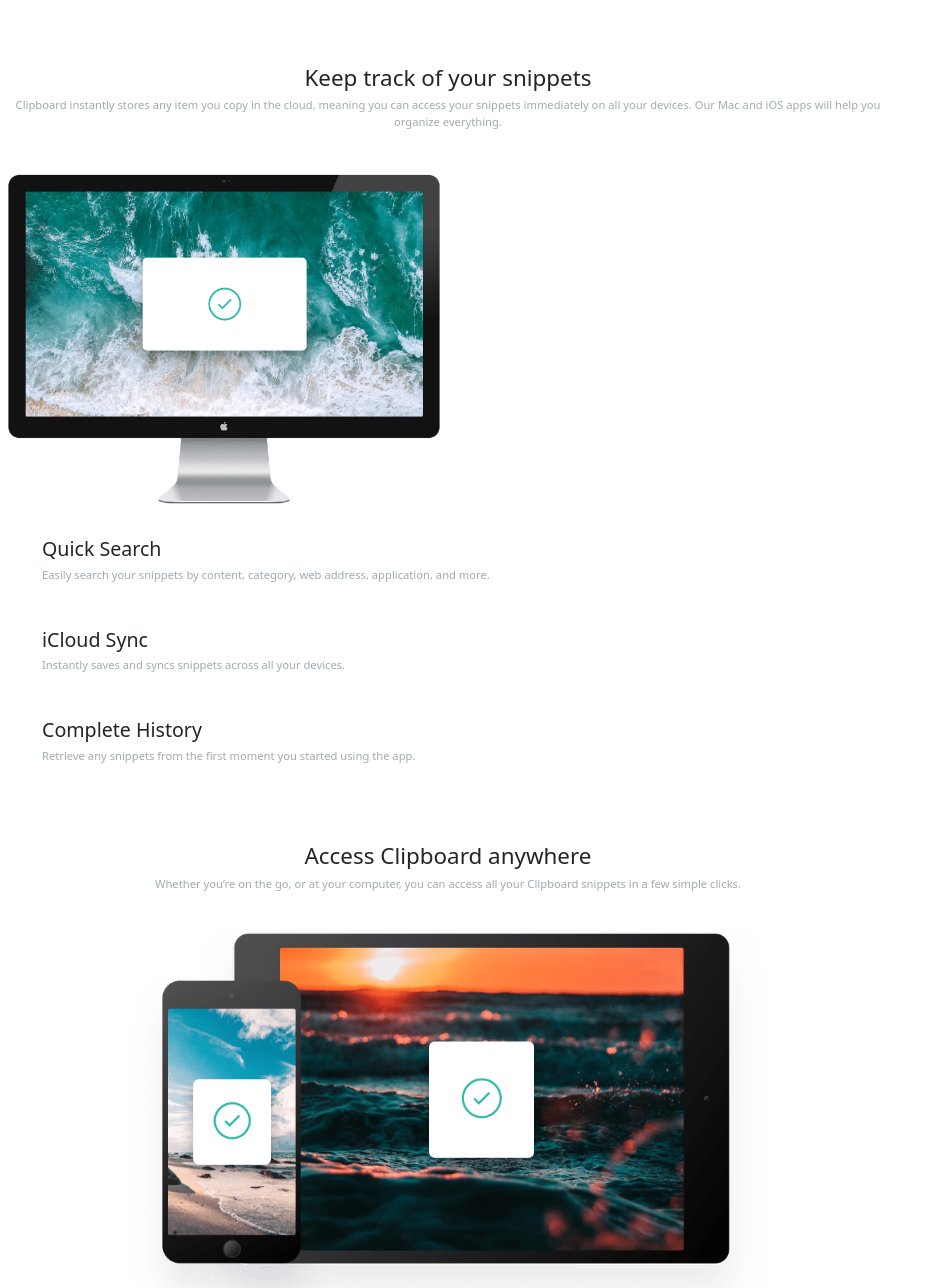
Repository: blordeus/clipboard-landing-page-master
Page: index.html
An editor plug-in stored every save of this project. The page is shown before and after a run of saves, followed by the edit.
The browser window is 1280 px wide. The page is 1328 px wide, so the pictures cover 1328 px, including what lies to the right of the window. The pictures show the part of the page from y = 417 to 2257 px (the page is 3600 px tall before and 3357 px after), at 70% of full size.
Some web fonts or font styles are not loaded; a fallback is used. The style sheet was rebuilt from its Sass, Less or Tailwind sources for each picture, by a compiler version that may differ from the author's.

Above is the page before, as saved 2023-09-04 20:00:17.

After the next 2 saves:
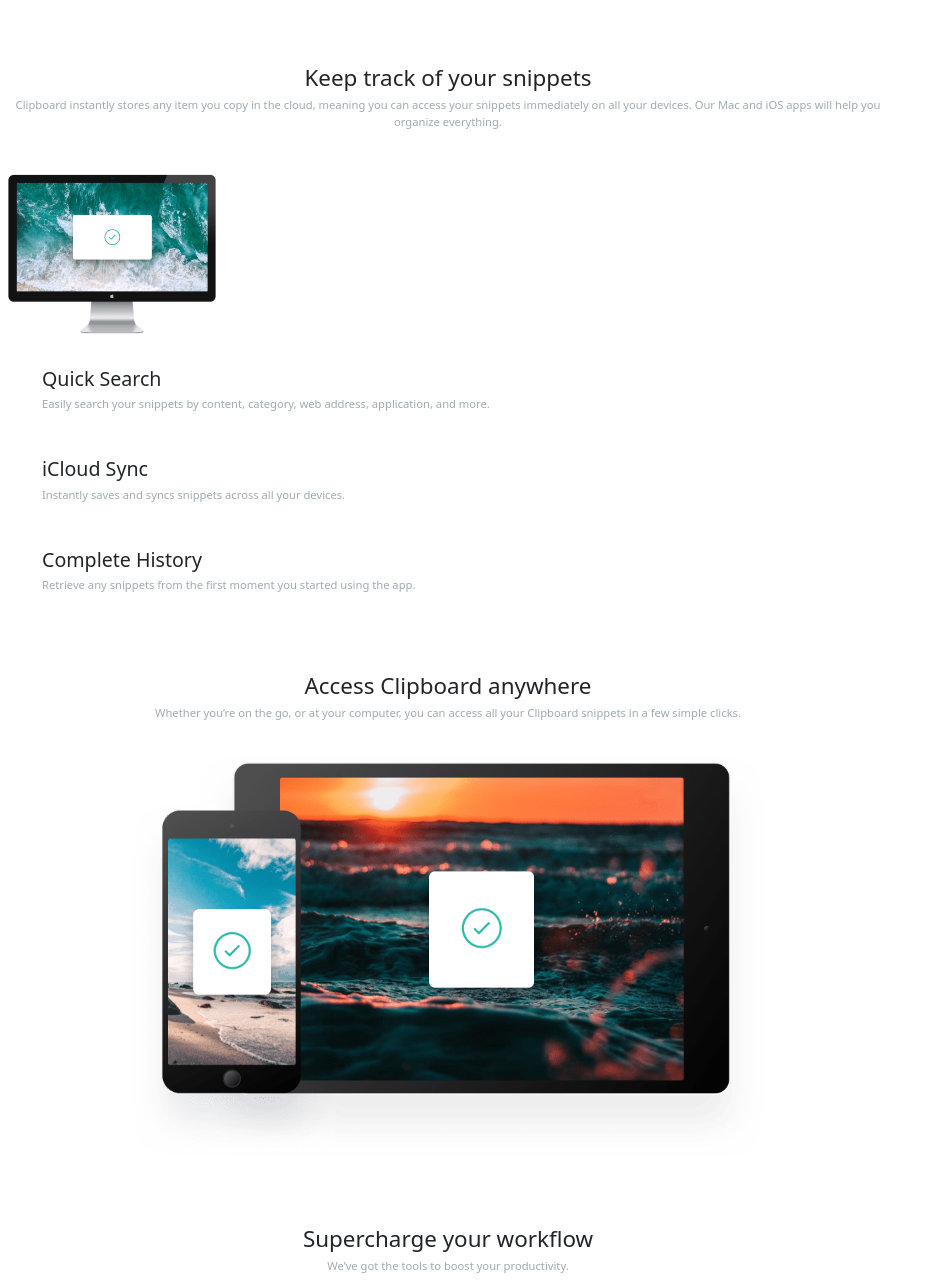
The 2 saves are shown as one change because they came seconds apart.
The last was saved 7 s later.
--- a/index.html
+++ b/index.html
@@ -43,7 +43,7 @@
       </p>
 
       <section class="d-grid pb-5 mx-4 gap-5 mx-md-0 d-md-flex row">
-        <img class="img-fluid col-md-6" src="./images/image-computer.png" alt="computer">
+        <img class="img-fluid col-md-3" src="./images/image-computer.png" alt="computer">
         <div
           class="text-md-start ms-md-5 d-md-flex flex-md-column justify-content-md-center gap-md-5">
           <div>
